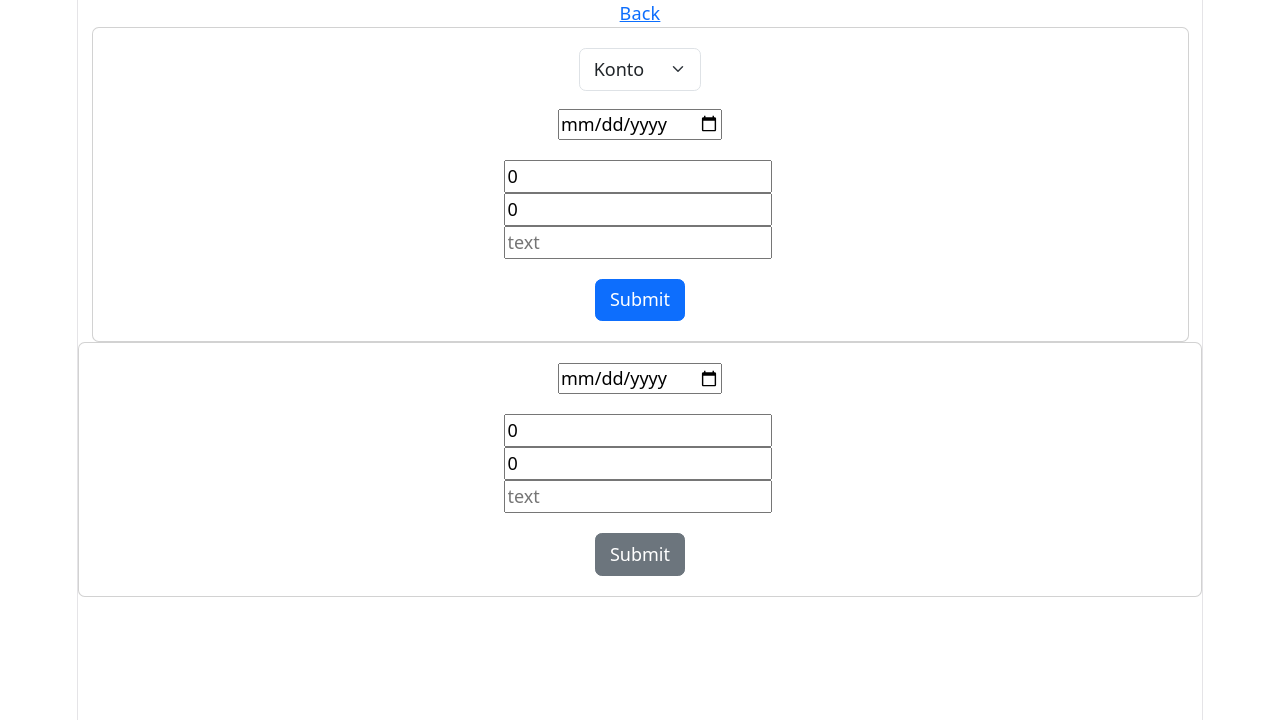
Repository: supply24/kidsaccount
Page: /action
These files come from the project's save history. The page is drawn as it stood at one moment and after the next save; the edit follows.
The browser window is 1280 px wide. The pictures show the whole page.
The page's requests for data from a server got no answer. The project was rebuilt for these pictures with package versions that can differ from the ones it lists, and the page was loaded fresh each time. No one was signed in, and anything a server would have sent is missing. Also part of the build but not shown: vite.config.js, src/App.css, src/App.jsx, src/Homing.jsx, src/Emilia.jsx, src/Alexander.jsx.

Above is the page before, as saved 2026-08-01 12:11:03.

After the next save:
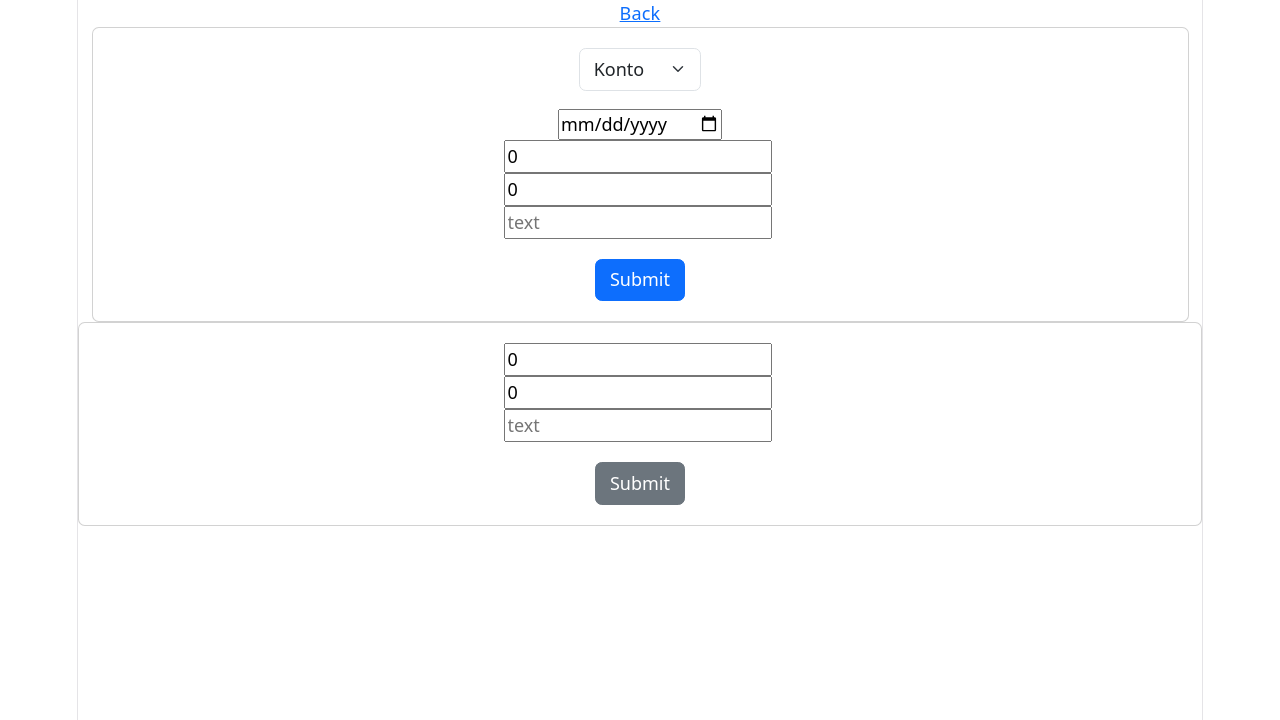
Saved 4 min 39 s later.
--- a/src/Actions.jsx
+++ b/src/Actions.jsx
@@ -48,7 +48,7 @@ const Actions = () => {
       )
 
       const payload= [{
-    konto :{ kredit, debet, kontox}, datetime, texting
+    konto :{ debet, kontox}, datetime, texting
                }]
       const handleSubmit=async(e)=>{
         e.preventDefault()
@@ -60,7 +60,7 @@ const Actions = () => {
       }}
 
       const payload1 = [{
-        konto1 :{ kredit, debet, kontox}, datetime, texting
+        konto1 :{ kredit, kontox}
                    }]
       const handleSubmit1=async(e)=>{
         e.preventDefault()
@@ -105,7 +105,7 @@ const Actions = () => {
   </Form.Select>
 </Form.Group>
 </Col>
-<input type="date" value={datetime} onChange={handleDatetime} /><Break/>
+<input type="date" value={datetime} onChange={handleDatetime} />
 <input type="number" value={kredit} onChange={handleKredit} placeholder='kredit'/>&nbsp;
 <input type="number" value={debet} onChange={handleDebet} placeholder='debet'/>&nbsp;
 <input type="text" value={texting} onChange={handleTexting} placeholder='text'/>&nbsp;
@@ -123,7 +123,6 @@ const Actions = () => {
         <Form onSubmit={handleSubmit1}>
           <Col md={4} className="mx-auto" style={{marginTop:"20px"}}>
 
-<input type="date" value={datetime} onChange={handleDatetime} /><Break/>
 <input type="number" value={kredit} onChange={handleKredit} placeholder='kredit'/>&nbsp;
 <input type="number" value={debet} onChange={handleDebet} placeholder='debet'/>&nbsp;
 <input type="text" value={texting} onChange={handleTexting} placeholder='text'/>&nbsp;
